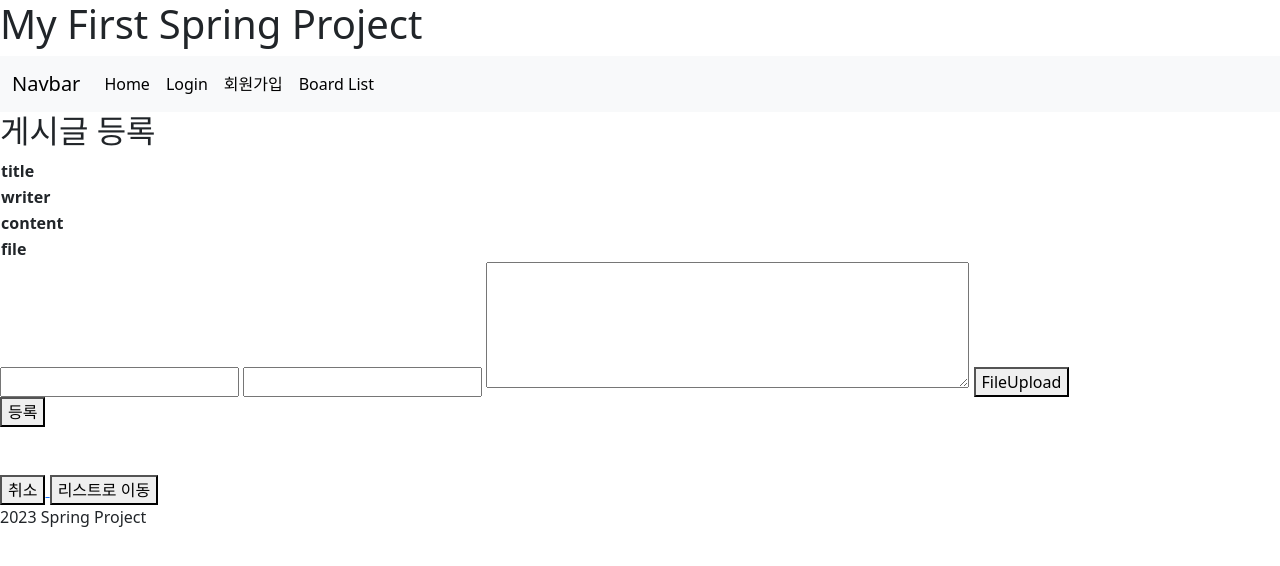
Repository: HongSeungBo/secondspring
Page: http://localhost/spring_test/WEB-INF/views/board/register.jsp
The author's editor kept a copy of each file at every save. The page is drawn from the files as they stood at one save, then again after the next save.
The browser window is 1280 px wide. The pictures show the whole page.
The page is served by Tomcat 9. Nobody is signed in. Other server files are loaded and not shown. The template is opened directly, without the code that normally fills it, so the values that code supplies are empty.

Above is the page before, as saved 2023-10-12 12:36:36.

### spring test/src/main/webapp/WEB-INF/views/board/register.jsp
<%@ page language="java" contentType="text/html; charset=UTF-8"
    pageEncoding="UTF-8"%>
   <%@ taglib uri="http://java.sun.com/jsp/jstl/core" prefix="c" %>
<!DOCTYPE html>
<html>
<head>
<meta charset="UTF-8">
<title>Insert title here</title>
</head>
<body>
	<jsp:include page="../layout/header.jsp"></jsp:include>
	<h2>게시글 등록</h2>
	<!-- mapping 상태는 get / post가 별도의 mapping을 가짐 -->
	<form action="/board/register" method="post" enctype="multipart/form-data">
		<table>
			<tr>
				<th>title</th>
				<td>
				</td>
			</tr>
			<tr>
				<th>writer</th>
				<td>
				</td>
			</tr>
			<tr>
				<th>content</th>
				<td>
				</td>
			</tr>
			<tr>
				<th>file</th>
				<td>
				</td>
			</tr>
		</table>
					<input type="text" name="title">
					<input type="text" name="writer" value="${ses.id }" readonly="readonly">
					<textarea rows="5" cols="50" name="content"></textarea>
					<input type="file" id="file" name="files" multiple="multiple" style="display:none">
			<button type="button" id="trigger">FileUpload</button><br>
			<div id="fileZone">

			</div>
			<button type="submit" id="regBtn">등록</button>
	</form>
	<br><br>
	<a href="/">
		<button type="button">취소</button>
	</a>
	<a href="/board/list">
		<button type="button">리스트로 이동</button>
	</a>
	<script type="text/javascript" src="/resources/js/boardRegister.js"></script>
	<jsp:include page="../layout/footer.jsp"></jsp:include>
</body>
</html>

### spring test/src/main/webapp/WEB-INF/views/layout/header.jsp
<%@ page language="java" contentType="text/html; charset=UTF-8"
    pageEncoding="UTF-8"%>
    <%@ taglib prefix="c" uri="http://java.sun.com/jsp/jstl/core" %>
<!DOCTYPE html>
<html>
<head>
<meta charset="UTF-8">
<title>Insert title here</title>
<link href="https://cdn.jsdelivr.net/npm/bootstrap@5.3.1/dist/css/bootstrap.min.css" rel="stylesheet"
integrity="sha384-4bw+/aepP/YC94hEpVNVgiZdgIC5+VKNBQNGCHeKRQN+PtmoHDEXuppvnDJzQIu9" crossorigin="anonymous">
<script src="https://cdn.jsdelivr.net/npm/bootstrap@5.3.1/dist/js/bootstrap.bundle.min.js"
integrity="sha384-HwwvtgBNo3bZJJLYd8oVXjrBZt8cqVSpeBNS5n7C8IVInixGAoxmnlMuBnhbgrkm" crossorigin="anonymous"></script>
</head>
<body>
<h1> My First Spring Project </h1>
<nav class="navbar navbar-expand-lg bg-body-tertiary">
  <div class="container-fluid">
    <a class="navbar-brand" href="#">Navbar</a>
    <button class="navbar-toggler" type="button" data-bs-toggle="collapse" data-bs-target="#navbarSupportedContent" aria-controls="navbarSupportedContent" aria-expanded="false" aria-label="Toggle navigation">
      <span class="navbar-toggler-icon"></span>
    </button>
    <div class="collapse navbar-collapse" id="navbarSupportedContent">
      <ul class="navbar-nav me-auto mb-2 mb-lg-0">
        <li class="nav-item">
          <a class="nav-link active" aria-current="page" href="/">Home</a>
        </li>
        <c:if test="${ses.id eq null }">
	        <li class="nav-item">
	          <a class="nav-link active" aria-current="page" href="/member/login">Login</a>
	        </li>
        </c:if>
        <c:if test="${ses.id ne null }">
	        <li class="nav-item">
	          <a class="nav-link active" aria-current="page" href="logout">Logout</a>
	        </li>
        </c:if>
        <li class="nav-item">
          <a class="nav-link active" aria-current="page" href="/member/signUp">회원가입</a>
        </li>
        <c:if test="${ses.id ne null }">
	        <li class="nav-item">
	          <a class="nav-link active" aria-current="page" href="/board/register">REG</a>
	        </li>
        </c:if>
        <c:if test="${ses.id ne null }">
	        <li class="nav-item">
	          <a class="nav-link active" aria-current="page" href="/member/modify">회원정보 수정</a>
	        </li>
        </c:if>
        <li class="nav-item">
          <a class="nav-link active" aria-current="page" href="/board/list">Board List</a>
        </li>
        <!-- <li class="nav-item">
          <a class="nav-link" href="#">Link</a>
        </li>
        <li class="nav-item dropdown">
          <a class="nav-link dropdown-toggle" href="#" role="button" data-bs-toggle="dropdown" aria-expanded="false">
            Dropdown
          </a>
          <ul class="dropdown-menu">
            <li><a class="dropdown-item" href="#">Action</a></li>
            <li><a class="dropdown-item" href="#">Another action</a></li>
            <li><hr class="dropdown-divider"></li>
            <li><a class="dropdown-item" href="#">Something else here</a></li>
          </ul>
        </li>
        <li class="nav-item">
          <a class="nav-link disabled" aria-disabled="true">Disabled</a>
        </li>
      </ul>
      <form class="d-flex" role="search">
        <input class="form-control me-2" type="search" placeholder="Search" aria-label="Search">
        <button class="btn btn-outline-success" type="submit">Search</button> -->
      </form>
    </div>
  </div>
</nav>

### spring test/src/main/webapp/WEB-INF/views/layout/footer.jsp
<%@ page language="java" contentType="text/html; charset=UTF-8"
    pageEncoding="UTF-8"%>
<!DOCTYPE html>
<html>
<head>
<meta charset="UTF-8">
<title>Insert title here</title>
</head>
<body>
<div> 2023 Spring Project </div>
</body>
</html>

### spring test/src/main/webapp/resources/js/boardRegister.js
document.getElementById('trigger').addEventListener('click',function(){
    document.getElementById('file').click();
})

//정규표현식을 사용하여 파일 형식제한 함수 만들기
//실행파일 막기, 이미지파일만 체크, 20MB 사이즈보다 크면 막기
const regExp = new RegExp("\.(exe|sh|bat|mis|dll|jar)$"); // 실행파일 패턴
const regExpImg = new RegExp("\.(jpg|jpeg|png|gif|bmp)$"); // 이미자 파일 패턴
const MaxSize = 1024*1024*20;


//리턴 값은 0 or 1
function fileValidation(fileName, fileSize){
    if(regExp.test(fileName)){
        return 0;
    }else if(fileSize>MaxSize){
        return 0;
    }else if(!regExpImg.test(fileName)){
        return 0;
    }else{
        return 1;
    }
}

//첨부 파일에 따라 파일이 등록 가능한지 체크 함수
document.addEventListener('change', function(e){
    console.log(e.target);
    if(e.target.id=='file'){
        document.getElementById('regBtn').disabled = false;
        const fileObject = document.getElementById('file').files; // 여러개의 파일이 배여롤 들어옴
        console.log(fileObject);
        let div = document.getElementById('fileZone');
        div.innerHTML='';
        let ul = `<ul>`;
        let isOk = 1; // fileValidation 함수의 리턴 여부를 * 로 체크 => 하나라도 통과를 못하면 전부 실패
        for(let file of fileObject){
            let validResult = fileValidation(file.name, file.size);
            isOk *= validResult;
            ul+=`<li>`;
            //업로드 가능 여부 표시
            ul+=`${validResult? '<div>업로드 가능' : '<div>업로드 불가능'}</div>`;
            ul+=`${file.name}`;
            ul+=`<span class="badge text-bg-${validResult? 'success':'danger'}">${file.size}Byte </span></li>`;
        }
        ul+=`<ul>`;
        div.innerHTML = ul;
        if(isOk == 0){
            document.getElementById('regBtn').disabled = true; // 버튼 비활성화
        }
    }
})
// ul -> li 여러개 생성

After the next save:
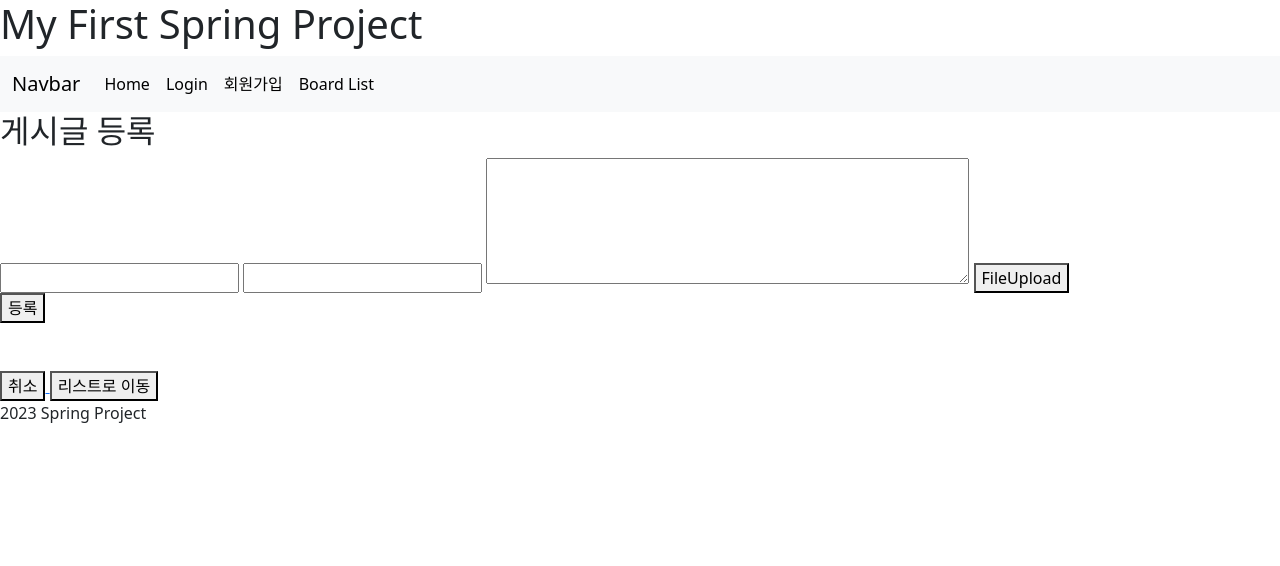
Saved 7 s later.
--- a/spring test/src/main/webapp/WEB-INF/views/board/register.jsp
+++ b/spring test/src/main/webapp/WEB-INF/views/board/register.jsp
@@ -12,7 +12,7 @@
 	<h2>게시글 등록</h2>
 	<!-- mapping 상태는 get / post가 별도의 mapping을 가짐 -->
 	<form action="/board/register" method="post" enctype="multipart/form-data">
-		<table>
+		<!-- <table>
 			<tr>
 				<th>title</th>
 				<td>
@@ -33,7 +33,7 @@
 				<td>
 				</td>
 			</tr>
-		</table>
+		</table> -->
 					<input type="text" name="title">
 					<input type="text" name="writer" value="${ses.id }" readonly="readonly">
 					<textarea rows="5" cols="50" name="content"></textarea>
